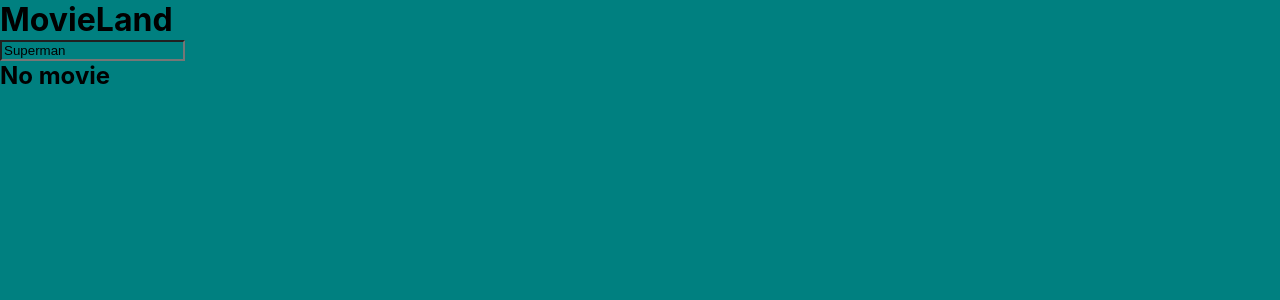
Repository: Exdevo/React
Page: /
The author's editor kept a copy of each file at every save. The page is drawn from the files as they stood at one save, then again after the next save.
The browser window is 1280 px wide. The pictures show the whole page.
The page's requests for data from a server got no answer. The project was rebuilt for these pictures with package versions that can differ from the ones it lists, and the page was loaded fresh each time. No one was signed in, and anything a server would have sent is missing. Also part of the build but not shown: src/MovieCard.jsx.

Above is the page before, as saved 2023-02-12 17:05:12.

### src/App.js
import React, { useState } from 'react'
import { useEffect } from 'react'
import "./App.css"
import MovieCard from './MovieCard';
// import SearchIcon from "./search.svg";
//key

const API_URL ="http://www.omdbapi.com?apikey=key";

const movie1={
    "Title": "Amazing Spiderman Syndrome",
    "Year": 2013,
    "imdbID": "tt2586634",
    "Type": "Movie",
    "Poster": "N/A"

}

const App = () => {
    const [movies, SetMovies]=useState([]);
    const searchMovies = async(title)=>{
        const response =await fetch(`${API_URL} &s=${title}`);//calls our api
        const data = await response.json(); //calla our data

        // console.log(data);
        SetMovies(data.Search);
    }

    useEffect(()=>{
        searchMovies("Avengers");
    },[])
  return (
    <div className='app'>
        <h1>MovieLand</h1>

    <div className='search'>
<input
placeholder='search for movies'
value="Superman"
onChange={()=>{

}}
/>

<img
// src={SearchIcon}
// alt="search"
// onClick={()=>{

// }}
/>
    </div>
    {
        movies?.length > 0
        ? (
            <div className='container'>
            <MovieCard  movie1={movie1}/>
        </div>
        ):
        (
            <div>
                <h2>No movie</h2>
            </div>


        )
    }

    </div>
  );
}

export default App

### src/App.css
*{
  margin: 0;
  background-color: teal;
  align-items: center;
}
/* also from the gist  */

Loaded but not shown: public/index.html (common file); src/index.js (common file); src/index.css (common file)

After the next save:
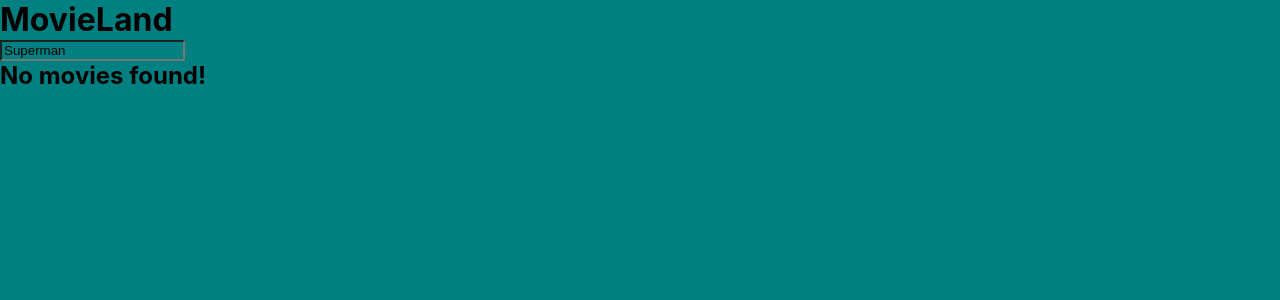
Saved 6 s later.
--- a/src/App.js
+++ b/src/App.js
@@ -59,7 +59,7 @@
         ):
         (
             <div>
-                <h2>No movie</h2>
+                <h2>No movies found!</h2>
             </div>
 
 
